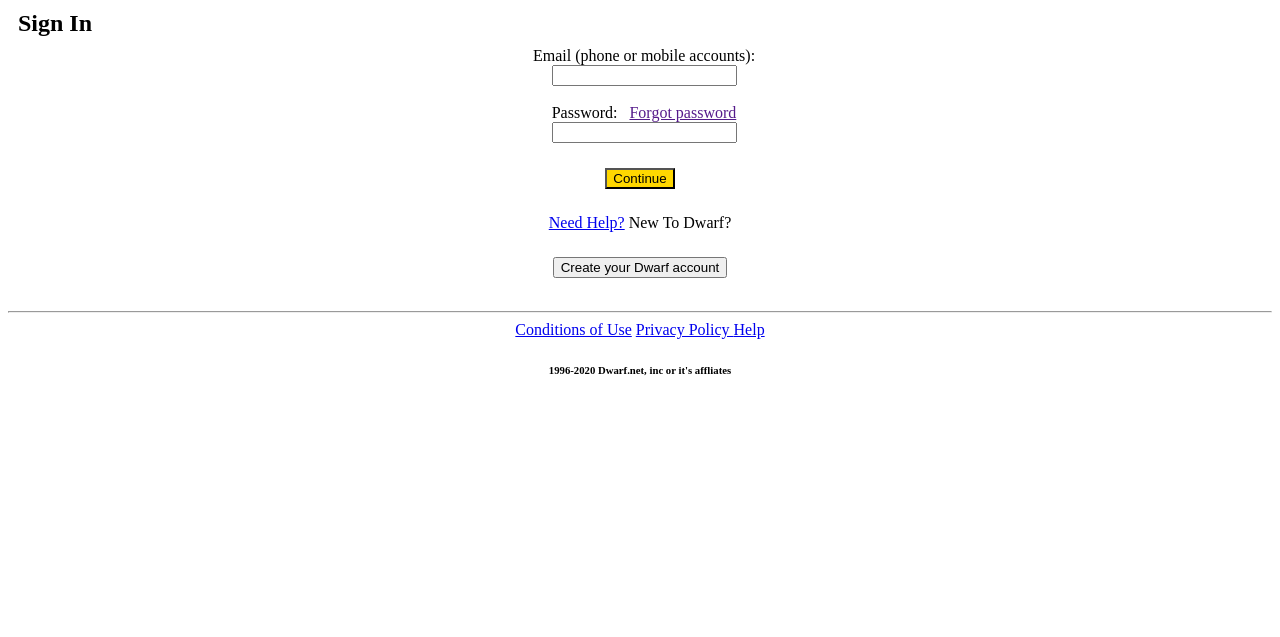
Repository: brittmarie333/replica
Page: index.html
The author's editor kept a copy of each file at every save. The page is drawn from the files as they stood at one save, then again after the next save.
The browser window is 1280 px wide. The pictures show the whole page.

Above is the page before, as saved 2024-06-09 14:17:25.

### index.html
<!DOCTYPE html>
<html lang="en">
<head>
    <meta charset="UTF-8">
    <meta name="viewport" content="width=device-width, initial-scale=1.0">
    <link rel="stylesheet" href="index.css">
    <title>Log In</title>
</head>
<body>
    <center
    <form action="/data.php">
        <h2>Sign In</h2>
        <label for="username">&ensp;Email (phone or mobile accounts):</label><br>
        &ensp;<input type="text" id="fname" name="fname"><br>
        <br>
        <label for="pword">&ensp;Password: </label> &ensp;<text align="right"><a href="">Forgot password</a></text><br>
        &ensp;<input type="text" id="lname" name="lname" ><br>
        <button style= "background-color: gold";
        <button>Continue</button>
        <br>
        <a href="http">Need Help?</a>
      </form>




      New To Dwarf?
      <br>
      <button id="create">Create your Dwarf account</button>
      <br>
      <hr>
      <a href="http"> Conditions of Use</a>
      <a href="http"> Privacy Policy </a>
      <a href="http"> Help </a>
      <br>
      <h6> 1996-2020 Dwarf.net, inc or it's affliates</h6>


</body>
</html>

### index.css
h2  {
    text-align: left;
    margin: 10px;
}

body {
    text-align: center;
    align-items: center;
}
form{
    text-align:justify;
    border: 2px solid;
    border color: light grey;
    margin: 100px;
    width: 500px;

}
button{
    text-align: center;
    align-items: center;
    margin: 25px;

}

After the next save:
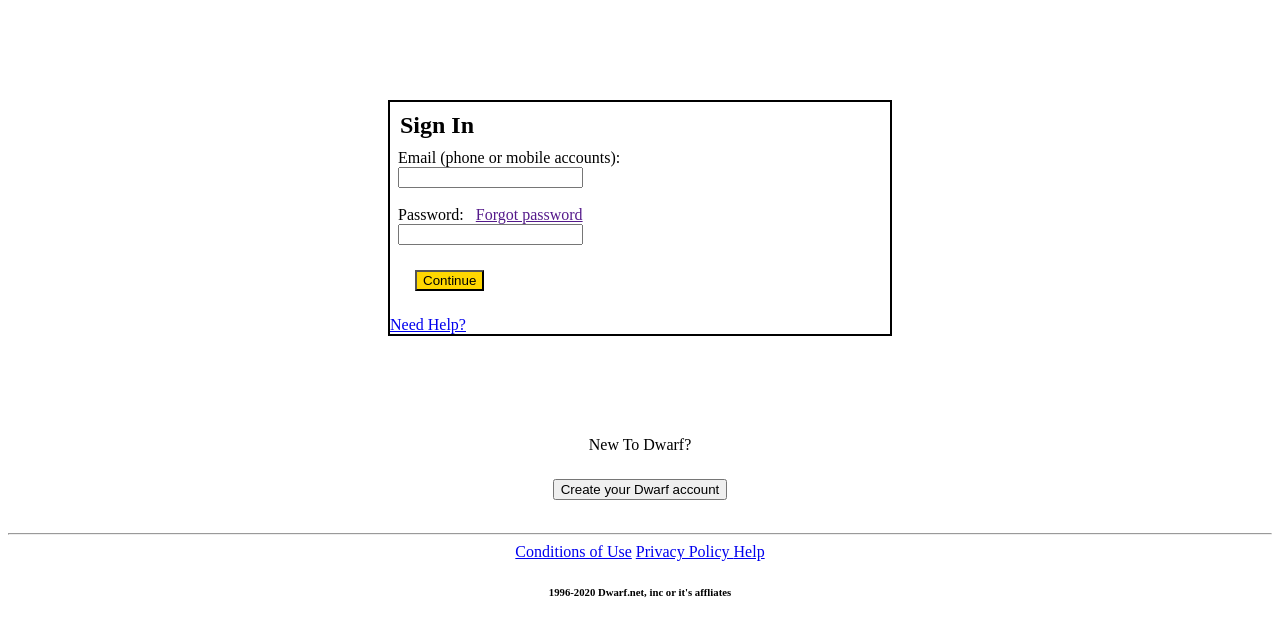
Saved 6 s later.
--- a/index.html
+++ b/index.html
@@ -7,7 +7,7 @@
     <title>Log In</title>
 </head>
 <body>
-    <center
+    <center>
     <form action="/data.php">
         <h2>Sign In</h2>
         <label for="username">&ensp;Email (phone or mobile accounts):</label><br>
